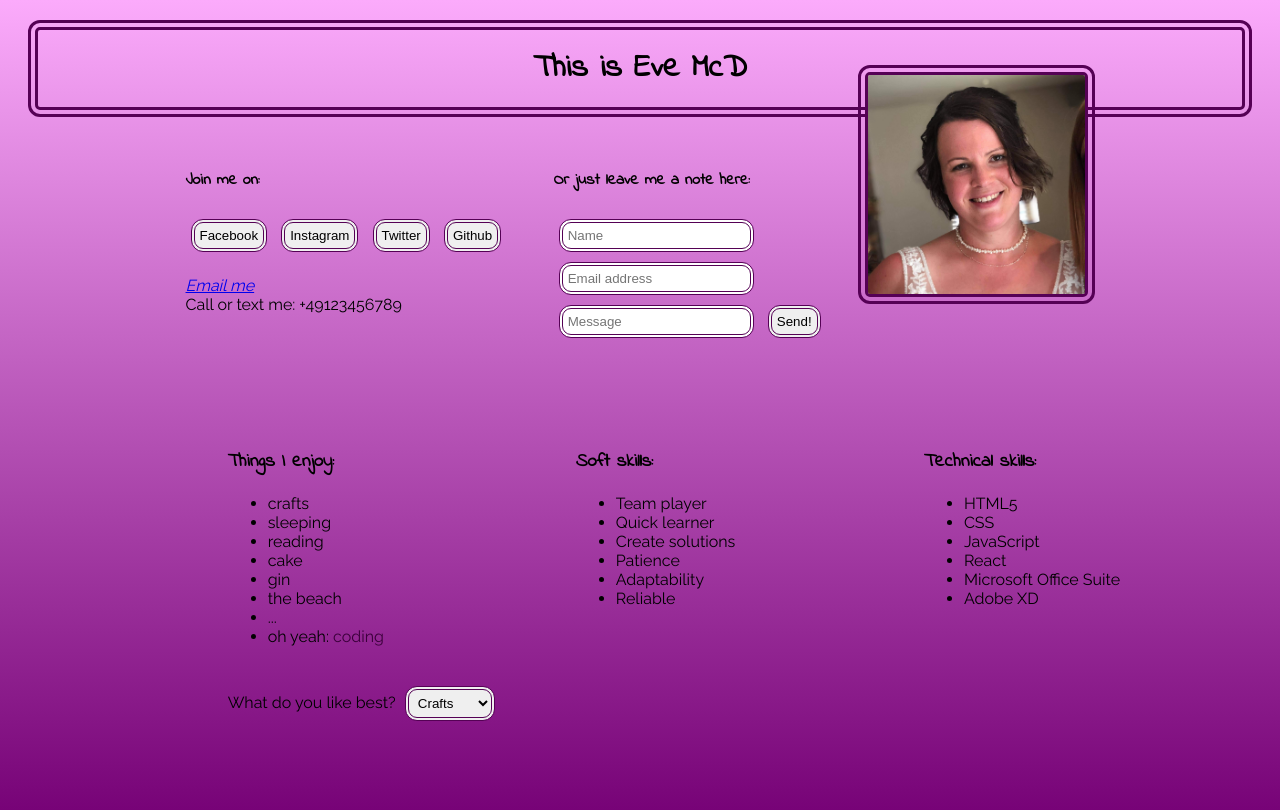
Repository: evemcd/Strive-Ignite-W1
Page: index.html
An editor plug-in stored every save of this project. The page is shown before and after the next save, followed by the edit.
The browser window is 1280 px wide. The pictures show the whole page.

Above is the page before, as saved 2021-01-17 23:17:54.

### index.html
<!DOCTYPE html>
<html>

<head>
    <title>Eve McDermott</title>
    <link rel="stylesheet" href="styles.css" />
    <link rel="preconnect" href="https://fonts.gstatic.com">
    <link rel="preconnect" href="https://fonts.gstatic.com">
    <link href="https://fonts.googleapis.com/css2?family=Indie+Flower&family=Raleway&display=swap" rel="stylesheet">
    <meta name="viewport" content="width=device-width, initial-scale=1.0">
</head>

<body>
    <div>
        <div class="header-title">
            <h1>This is Eve McD</h1>
        </div>
        <img src="Eve.jpg" class="header-image" alt="photo of Eve McD" />
    </div>
    <div class="container">
        <div class="div1">
            <h4>Join me on:</h4>
            <input type="button" href="www.facebook.com" value="Facebook" class="socialbutton" />
            <input type="button" href="www.instagram.com" value="Instagram" class="socialbutton" />
            <input type="button" href="www.twitter.com" value="Twitter" class="socialbutton" />
            <input type="button" href="www.github.com" value="Github" class="socialbutton" />
            <br><br>
            <address>
                <a href="mailto:eve@mcdermott.com">Email me </a>
            </address>
            Call or text me: +49123456789
            </p>
        </div>
        <div class="div1">
            <form>
                <h4>Or just leave me a note here:</h4>
                <input type="text" placeholder="Name" class="socialbutton" /><br>
                <input type="email" placeholder="Email address" class="socialbutton" /><br>
                <input type="text" placeholder="Message" class="socialbutton" />
                <input type="button" value="Send!" class="socialbutton" />
            </form>
        </div>
    </div>
    <br><br><br>
    <section class="container-skills">
        <div class="div2">
            <h3>Things I enjoy:</h3>
            <ul>
                <li>crafts</li>
                <li>sleeping</li>
                <li>reading</li>
                <li>cake</li>
                <li>gin</li>
                <li>the beach</li>
                <li>...</li>
                <li>oh yeah: <span style="color: rgb(59, 0, 59);">coding</span></li>
            </ul><br>
            <label for="hobbies">What do you like best?</label>
            <select name="hobbies" id="hobbies" class="socialbutton">
                <option value="crafts">Crafts</option>
                <option value="sleeping">Sleeping</option>
                <option value="reading">Reading</option>
                <option value="cake">Cake</option>
                <option value="gin">Gin</option>
                <option value="beach">Beach</option>
                <option value="coding">Coding</option>
            </select>
        </div>
        <div class="div2">
            <h3>Soft skills:</h3>
            <ul>
                <li>Team player</li>
                <li>Quick learner</li>
                <li>Create solutions</li>
                <li>Patience</li>
                <li>Adaptability</li>
                <li>Reliable</li>
            </ul>
        </div>
        <div class="div2">
            <h3>Technical skills:</h3>
            <ul>
                <li>HTML5</li>
                <li>CSS</li>
                <li>JavaScript</li>
                <li>React</li>
                <li>Microsoft Office Suite</li>
                <li>Adobe XD</li>
            </ul>
        </div>
    </section>
    <br><br><br><br>

</body>

</html>

### styles.css
body {
    background: rgb(251, 171, 251);
    background: linear-gradient(180deg, rgba(251, 171, 251, 1) 0%, rgba(119, 3, 119, 1) 100%);
    font-family: Raleway;
}

.div1 {
    display: inline-block;
    /* width: 40%; */
    vertical-align: top;
    margin: 0px 20px 0px 20px;
}

.div2 {
    width: 25%;
}

.container {
    display: flex;
    flex-flow: column wrap;
    flex-direction: row;
    justify-content: space-evenly;
    margin: 30px 0px 0px 150px;
    width: 55%;
}

.container-skills {
    display: flex;
    flex-flow: column wrap;
    flex-direction: row;
    justify-content: space-evenly;
    margin: 30px 0px 0px 150px;
}

h1 {
    padding: 15px;
    margin: 20px;
    border: 10px double rgb(85, 1, 85);
    border-radius: 12px;
    text-align: center;
}

h1,
h2,
h3,
h4,
h5,
h6 {
    font-family: Indie Flower;
}

.textcenter {
    text-align: center;
}

.header-image {
    width: 17%;
    position: absolute;
    top: 9%;
    left: 67%;
    border: 10px double rgb(85, 1, 85);
    border-radius: 12px;
}

.socialbutton {
    border: 4px double rgb(85, 1, 85);
    border-radius: 12px;
    padding: 5px;
    margin: 5px;
}

@media screen and (max-width: 992px) {
    .div1 {
        display: inline-block;
        width: 100%;
        vertical-align: top;
    }

    .hobbies {
        margin-left: 10%;
    }
}

After the next save:
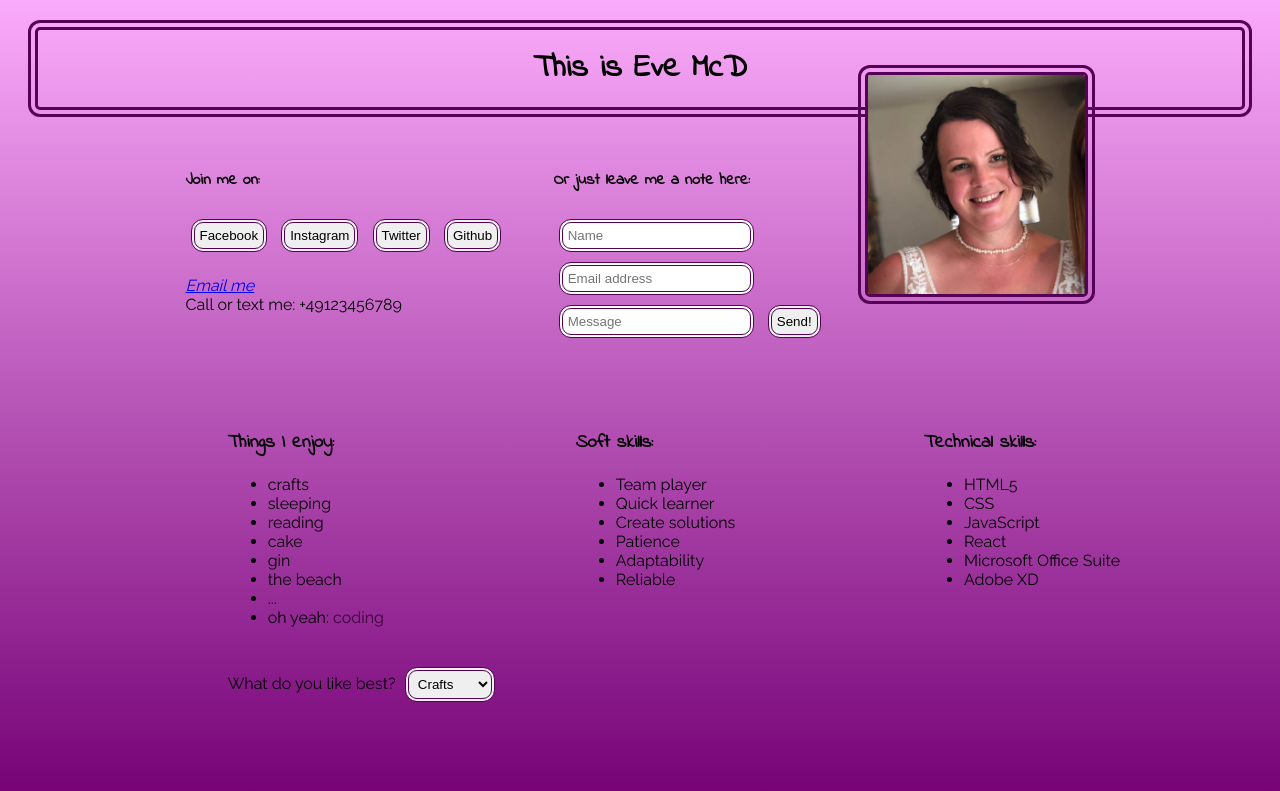
Saved 11 s later.
--- a/index.html
+++ b/index.html
@@ -41,7 +41,7 @@
             </form>
         </div>
     </div>
-    <br><br><br>
+    <br><br>
     <section class="container-skills">
         <div class="div2">
             <h3>Things I enjoy:</h3>
